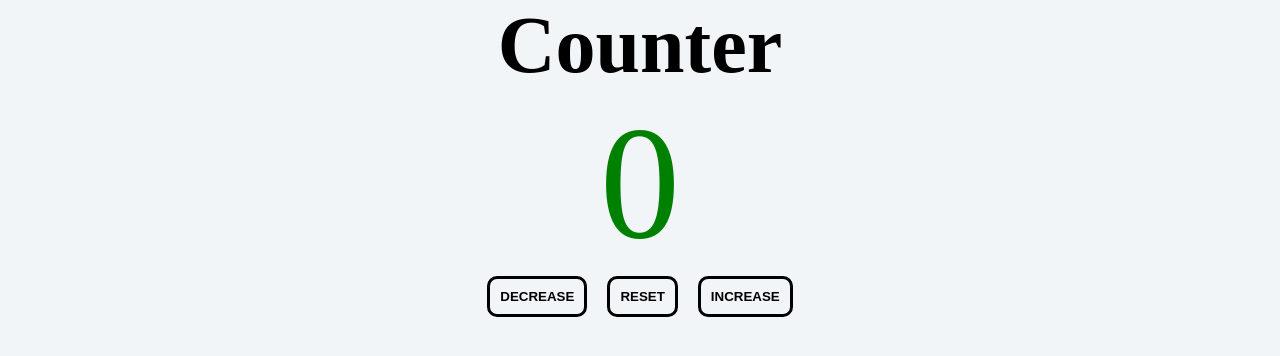
Repository: imokha01/createCounter
Page: index.html
The author's editor kept a copy of each file at every save. The page is drawn from the files as they stood at one save, then again after the next save.
The browser window is 1280 px wide. The pictures show the whole page.

Above is the page before, as saved 2024-01-17 17:07:35.

### index.html
<!DOCTYPE html>
<html lang="en">
  <head>
    <meta charset="UTF-8" />
    <meta name="viewport" content="width=device-width, initial-scale=1.0" />
    <link rel="stylesheet" href="style.css" />
    <title>Document</title>
  </head>
  <body>
    <div class="main">
      <h1>Counter</h1>
      <div id="countDisplay" value="0">0</div>
      <div class="controls">
        <button id="decrease">DECREASE</button>
        <button id="reset">RESET</button>
        <button id="increase">INCREASE</button>
      </div>
    </div>
    <script src="./index.js"></script>
  </body>
</html>

### style.css
* {
    margin: 0;
    padding: 0;
    box-sizing: border-box;
}


.main,
body {
    display: flex;
    flex-direction: column;
    justify-content: center;
    align-items: center;
    background-color: #f1f5f8;
}

h1 {
    font-size: 5rem;
}

#countDisplay {
    color: green;
    font-size: 10rem;

}

.controls {
    display: flex;
    gap: 20px;
}

.controls > button {
    padding: 10px;
    border: 3px solid black;
    border-radius: 10px;
    font-weight: 700;
    background-color: transparent;
    cursor: pointer;
}

Loaded but not shown: index.js (no copy from this time; the picture is the same without it)

After the next save:
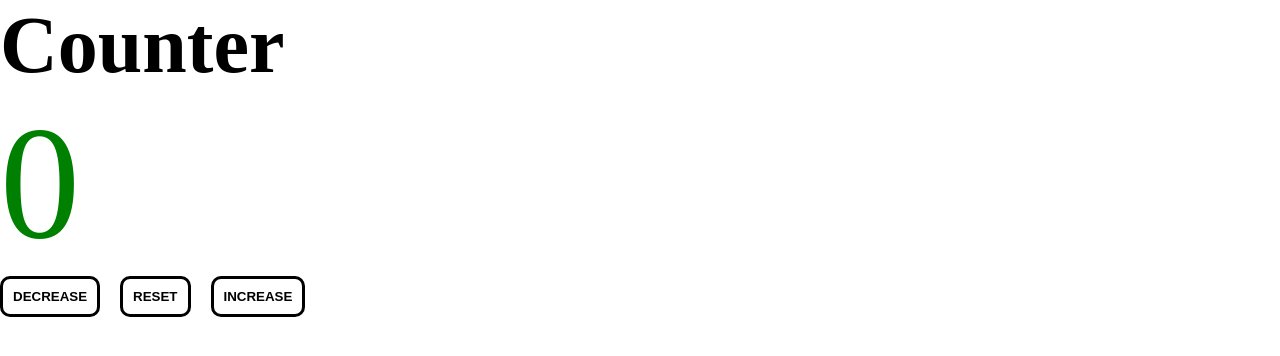
Saved 96 s later.
--- a/style.css
+++ b/style.css
@@ -6,7 +6,7 @@
 
 
 .main,
-body {
+ {
     display: flex;
     flex-direction: column;
     justify-content: center;
